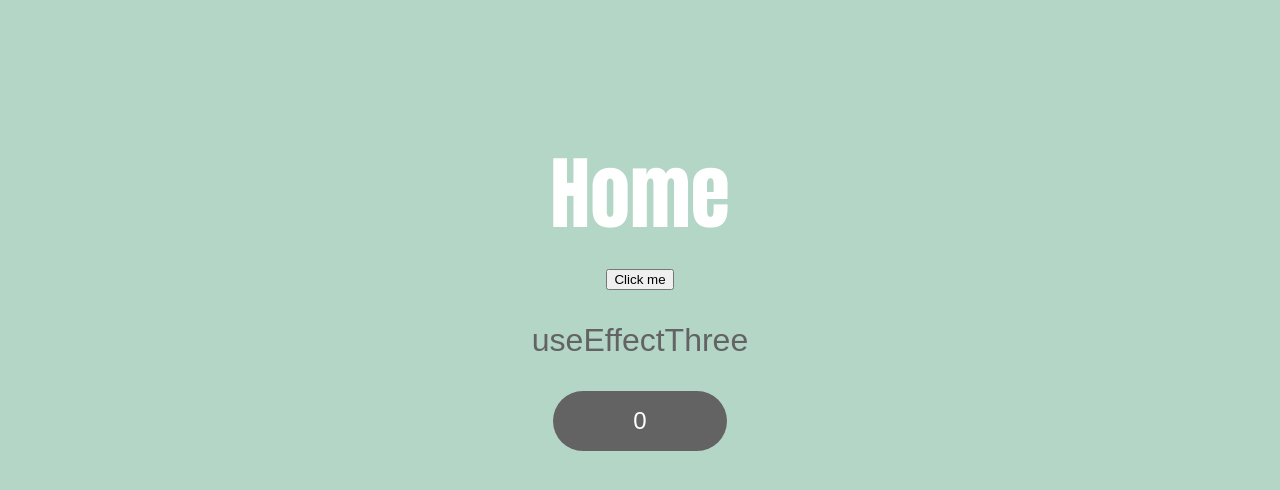
Repository: jennydmcm/useeffect-carousel
Page: /useEffectThree
The author's editor kept a copy of each file at every save. The page is drawn from the files as they stood at one save, then again after the next save.
The browser window is 1280 px wide. The pictures show the whole page.
The project was rebuilt for these pictures with package versions that can differ from the ones it lists, and the page was loaded fresh each time. The framework's server and built-in components were replaced by stand-ins that run in the browser. Also part of the build but not shown: next.config.js.

Above is the page before, as saved 2023-02-23 19:11:32.

### pages/useEffectThree.js
import Link from "next/link"
import { useEffect, useState } from "react"
import styles from '@/styles/UseEffectThree.module.css'



export default function useEffectThree() {
    const [number, setNumber] = useState(0);

    const [value, setValue] = useState(-10);

    useEffect(() => {
        setValue(value + 10)
    }, [number])

    return (
        <>
            <main className={styles.main}>
                <Link className={styles.homelink} href="/">Home</Link>
                <div>
                    <button className={styles.button} onClick={() => setNumber(number + 1)}>Click me</button>
                </div>
                <div className={styles.title} >
                    useEffectThree
                </div>
                <div className={styles.number}>
                    {value}
                </div>
            </main>
        </>
    )

}

### styles/globals.css
:root {
    --background-color: #B4D6C7;
    --text-hover: #636363;
}

body {
    background-color: var(--background-color);
}

### styles/UseEffectThree.module.css
.main {
    display: flex;
    flex-direction: column;
    justify-content: center;
    align-items: center;
    padding: 6rem;
    min-height: 50vh;
}

.homelink {
    font-family: Impact, Haettenschweiler, 'Arial Narrow Bold', sans-serif;
    font-size: 5rem;
    color: white;
    text-decoration: none;
    padding: 1rem;
}

.homelink:hover {
    color: var(--text-hover);
}

.title {
    font-family: Arial, Helvetica, sans-serif;
    font-size: 2rem;
    color: var(--text-hover);
    padding: 2rem;
}

.number {
    font-family: Arial, Helvetica, sans-serif;
    font-size: 1.5rem;
    color: white;
    padding: 1rem;
    padding-left: 5rem;
    padding-right: 5rem;
    background-color: var(--text-hover);
    border-radius: 5rem;


}

Loaded but not shown: pages/_app.js (common file); pages/_document.js (common file)

After the next save:
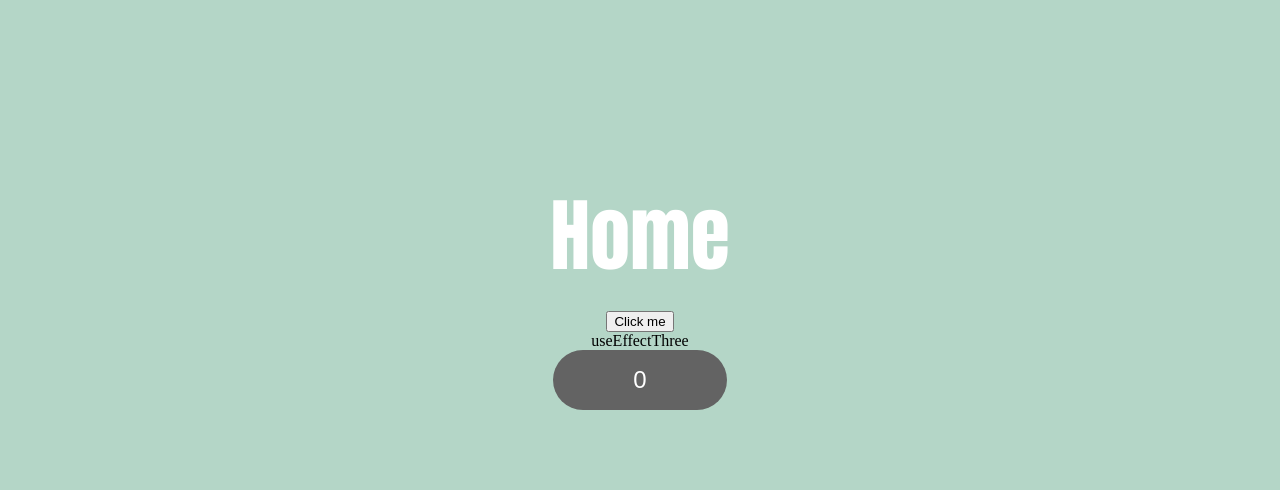
Saved 11 s later.
--- a/styles/UseEffectThree.module.css
+++ b/styles/UseEffectThree.module.css
@@ -19,7 +19,7 @@
     color: var(--text-hover);
 }
 
-.title {
+.b .title {
     font-family: Arial, Helvetica, sans-serif;
     font-size: 2rem;
     color: var(--text-hover);
